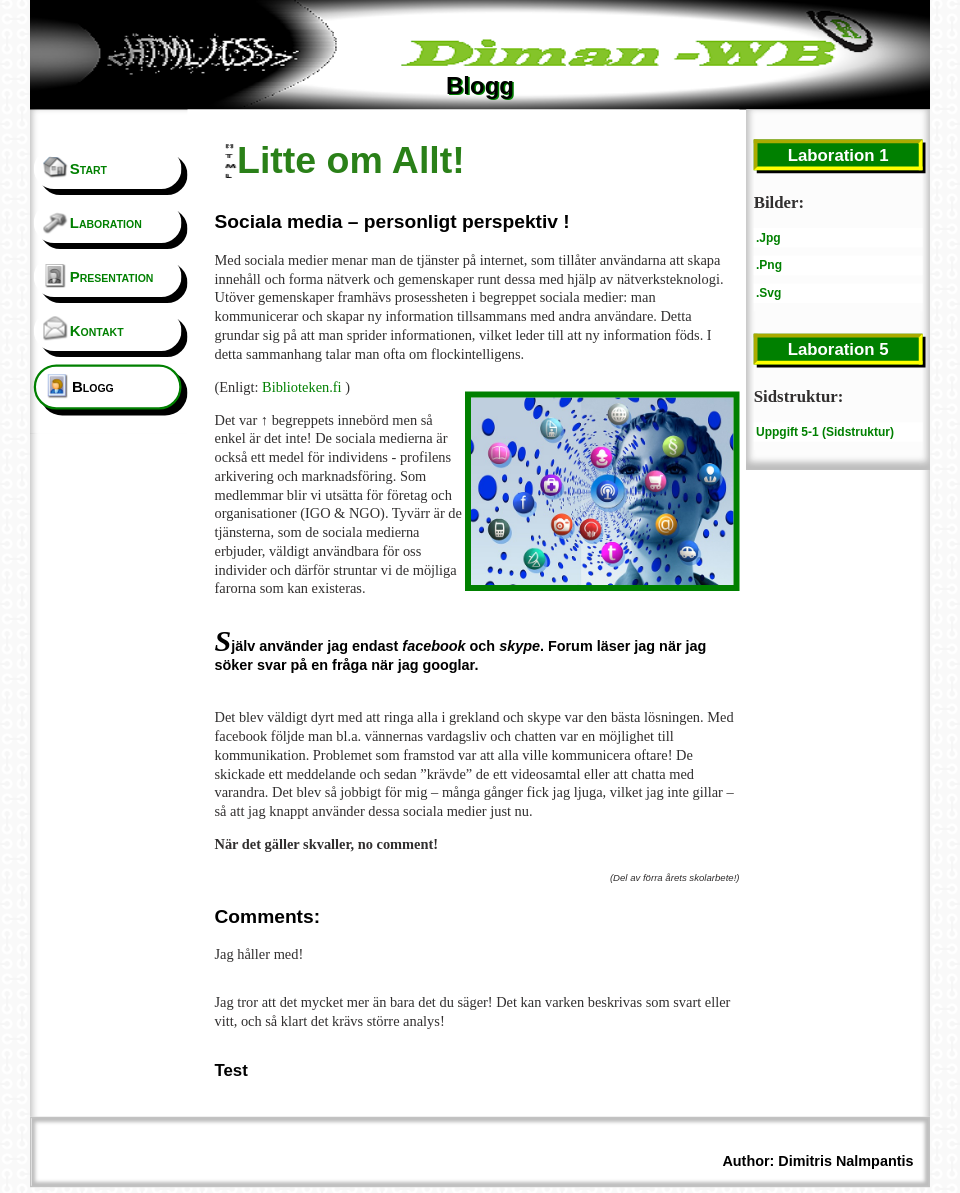
Repository: dn222em/1ik415-laborationer
Page: pages/blogg.html
The author's editor kept a record of every edit. The page is drawn from the files as they stood at one moment, then again after the next edit.
The browser window is 1280 px wide. The pictures show the whole page, at 75% of full size.
Backgrounds fixed to the window are drawn as part of the page.

Above is the page before.

### pages/blogg.html
<!doctype html>
<html lang="sv">
	<head >
			<script>
				document.createElement("header");
				document.createElement("hgroup");
				document.createElement("footer");
				document.createElement("article");
				document.createElement("main");
				document.createElement("section");
				document.createElement("nav");
				document.createElement("aside");
				document.createElement("address");
			</script>
		<meta charset="utf-8" />

			<title>KursBlogg</title>

				<link rel="stylesheet" href="../../CSS/stylenew.css"/>
				<link rel="stylesheet"media="only screen and (min-width:481px)"  href="../../CSS/style.css" />
				<link rel="stylesheet" media="only screen and (max-width:480px)" href="../../CSS/spnew.css" />
				<link rel="apple-touch-icon" sizes="144x144" href="../CSS/pics/apple-touch-icon-144x144.png" />
				<link rel="shortcut icon" href="../CSS/pics/favicon.png" type="image/png" />
					<meta name="viewport" content="width=device-width, initial-scale=1.0" />
	</head>
		<body>
	<div id="container">
		<header>

			<h1 id="title">Blogg</h1>
	</header>
	<nav>

			<ul id="menu_pictures" class="nav">
				<li><a id ="home" href="../index.html" class="active">Start</a></li>
				<li><a id ="labor" href="laborationer.html" class="active">Laboration</a></li>
				<li><a id ="present" href="Presentation.html"class="active">Presentation</a></li>
				<li><a id ="cont" href="Kontakt.html" class="active">Kontakt</a></li>
				<li><a id ="present"href="blogg.html" class="active5">Blogg</a></li>
			</ul>

	</nav>
	<main>
		<article>
			<section>
				<h2 class="minilogo">Litte om Allt!</h2>
		<h3 >Sociala media – personligt perspektiv !</h2>
			<p> Med sociala medier menar man de tjänster på internet, som tillåter användarna
			att skapa innehåll och forma nätverk och gemenskaper runt dessa med hjälp av
			nätverksteknologi. Utöver gemenskaper framhävs prosessheten i begreppet sociala
			medier: man kommunicerar och skapar ny information tillsammans med andra
			användare. Detta grundar sig på att man sprider informationen, vilket leder till
			att ny information föds. I detta sammanhang talar man
			ofta om flockintelligens.</p>

			        <p class="sociall"><!--<img src="CSS/pics/social-networks.jpg"
			        alt="sociala-medier">--></p>


			<p>(Enligt: <a href="http://www.biblioteken.fi/sv-FI/informationssokning/sociala-
			medier/" target="blank">Biblioteken.fi</a></a> )</p>

			<p>Det var ↑ begreppets innebörd men så enkel är det inte! De sociala medierna är
			också ett medel för individens - profilens arkivering och marknadsföring. Som medlemmar
			blir vi utsätta för företag och organisationer (IGO & NGO). Tyvärr är de tjänsterna,
			som de sociala medierna erbjuder, väldigt användbara
			för oss individer och därför struntar vi de möjliga farorna som kan existeras. </p>
			</section>
			<section>
		<h6><strong><code id="special"><em>S</em></code>jälv använder jag endast <em>facebook</em> och  <em>skype</em>.
			Forum läser jag när jag söker svar på en fråga när jag googlar.</strong></h6>

			<p>Det blev väldigt dyrt med att ringa alla i grekland och skype
			var den bästa lösningen. Med facebook följde man bl.a. vännernas vardagsliv
			och chatten var en möjlighet till kommunikation. Problemet som framstod
			var att alla ville kommunicera oftare! De skickade ett meddelande och
			sedan ”krävde” de ett videosamtal eller att chatta med varandra. Det
			blev så jobbigt för mig – många gånger fick jag ljuga, vilket jag inte gillar –
			så att jag knappt använder dessa sociala medier just nu. </p>

			<p><strong>När det gäller skvaller, no comment!</strong></p>

			<p id="ps"><em>(Del av förra årets skolarbete!)</em></p>

			<h3>Comments:</h3>
			<div class ="kommentar">
				<section>
					<p>Jag håller med!</p>
				</section>
				<section>
					<p>Jag tror att det mycket mer än bara det du säger! Det kan varken beskrivas som svart eller vitt, och så klart det krävs större analys!</p>
				</section>
				</div>
			<!--/section>
			<<div class="kommentar">
				<secton>
		<h4>Kommentar</h4>
			<fieldset>
					<textarea  placeholder="Din Kommentar här"
					name="kommentar" cols="50" rows="8"></textarea>
					</fieldset>
					<input class="zozo" type="submit" name="submit" id="submit" value="Skicka" />
				</section>
				<secton>
						<textarea placeholder="Din Kommentar här"
						name="kommentar" cols="50" rows="8"></textarea>
						<input class="zozo" type="submit" name="submit" id="submit" value="Skicka" />
				</section>
			</div> <!---->
		</article>
		<section>
			<h4>Test</h4>
		</section>
	</main>

	<aside>
		<section id="aside-one">
			<h4>Laboration 1</h4>
				<p>Bilder:</p>
					<ul>
						<li><a href="Presentation.html#bild">.jpg</a></li>
						<li><a href="../index.html#logo">.png</a></li>
						<li><a href="../index.html#svg1">.svg</a></li>
					</ul>
		</section>
		<section id="aside-two">
			<h4>Laboration 5</h4>
				<p>Sidstruktur:</p>
					<ul>
						<li><a href="blogg.html">Uppgift 5-1 (Sidstruktur)</a></li>
					</ul>
		</section>
	</aside>
	<footer>
	<h6>Author: Dimitris Nalmpantis</h6>
	</footer>

	</div>
		</body>
</html>

### CSS/style.css
/*Reset-styleshhet
-----------------------------------------------------------------------------*/
/* http://meyerweb.com/eric/tools/css/reset/
   v2.0 | 20110126
   License: none (public domain)
*/

/*html, body, div, span, applet, object, iframe,
h1, h2, h3, h4, h5, h6, p, blockquote, pre,
a, abbr, acronym, address, big, cite, code,
del, dfn, em, img, ins, kbd, q, s, samp,
small, strike, strong, sub, sup, tt, var,
b, u, i, center,
dl, dt, dd, ol, ul, li,
fieldset, form, label, legend,
table, caption, tbody, tfoot, thead, tr, th, td,
article, aside, canvas, details, embed,
figure, figcaption, footer, header, hgroup,
menu, nav, output, ruby, section, summary,
time, mark, audio, video {
	margin: 0;
	padding: 0;
	border: 0;
	font-size: 100%;
	font: inherit;
	vertical-align: baseline;
}
/* HTML5 display-role reset for older browsers */
/*article, aside, details, figcaption, figure,
footer, header, hgroup, menu, nav, section {
	display: block;
}
body {
	line-height: 1;
}
ol, ul {
	list-style: none;
}
blockquote, q {
	quotes: none;
}
blockquote:before, blockquote:after,
q:before, q:after {
	content: '';
	content: none;
}
table {
	border-collapse: collapse;
	border-spacing: 0;
}
/*End of Reset - stylesheet
--------------------------------------------------------------------*/
/*CSS -Stylesheet
======================================================================================================
-----------------------------------------------------------------------------------------------------------*/


/*Layout
 Using: Two columns floating layout
Total width: 1200px
-----------------------------------------------------------------------------------------------------------*/
/*Container white (#FFFFF)
*Top -  green { #125F1B } --> Title( #2A8018)
*Navigation green
*Content - #FFFFF
*footer-white { #fff }
*Siderbar #fcfcfc (white.gray)

------------------------------------------------------------------*/
#container {
	max-width: 1200px;
	background-color:white;
	margin:0 auto;
	margin-top:-25px;



}

/*Top
-------------------------------------------------------------------*/
#top {

	height: 150px;
	background-color: #125F1B;
	background: url('../pics/logo.png') no-repeat; background-size: 1200px 150px;
	border-radius:00px;

}

#title {
	font-family: "arial", "helvetica", "serif";
	color: black;
	font-size:2em;
	text-shadow: 2px 2px green;
	text-align:center;
	padding-top: 90px;
}

/*Navigation -Menu
-------------------------------------------------------------------*/
#navigation {
	margin-top: 1px;
	width: 210px;	height:auto;
	float: left;
	background-color:#FFF;
	padding:0px;
	padding-top:50px;

}

/*Content
-------------------------------------------------------------------*/
#content {
	background-color: #FFF;
	max-width: 700px;
	margin-bottom: 20px;
	float: left;
	padding:0px;
	padding-left:36px;

}

/*Sidebar
-------------------------------------------------------------------*/
#sidebar {
	background-color: #fcfcfc;
	font-family: "arial", "helvetica", "sans-serif"; color: white;
	border: 2px solid #125F1B;
	margin-top: 50px;
	width: 250px;
	float: right;
	padding:0px;


}

/*Footer
--------------------------------------------------------------------*/
#footer {
	clear:both;
	padding:0px;
	background-color:#fff;
	color:white;
	text-align:right;
	height:60px;
}

/*Menu attributes
------------------------------------------------------*/
.menu {
	float:left;
	font-family: "arial", "helvetica", "serif"; font-variant:small-caps;
	font-size: 20px;
	font-weight:bold;
	margin-top:1px;
	margin-left:0px;
	padding:0px;

}

.menu li {

	list-style-type:none;
	height: 72px; line-height: 48px;
	padding-top:0px;
	padding-left:5px;
	padding-right:0px;
	width: 197px;
	text-decoration:none;
}
.menu li a {
	display:block;
						/*border: solid 3px black;*/
						/*text-align:center;*/
						/*	border: inset yellow thick;*/
	border-radius:58px;
    box-shadow:8px 8px black;
	background-color:white; color:green;
	background-image: url(pics/sprite.png);
	text-indent: 45px;
	background-repeat:no-repeat;
	padding:3px 3px 3px 3px;
}

.menu li a:visited{ color:white; background-color:green;}

.menu li a:hover{ background-color:white;color:green; border: solid 3px #DEBF40;}

.menu li a:focus { background-color:black;	color:green;}

/*adding sprites on menu
----------------------------------------*/
#home { background-position: 13px -55px; background-size: 32px;} /*kom ihåg -första gäller x-led och andra y-led (uppe + och nere -) mellanrum mellan bilderna spelar roll*/
#home:hover { background-position:13px 9px;}

#labor { background-position: 13px -180px; background-size: 32px;}
#labor:hover { background-position: 13px -116px;}

#present { background-position: 13px -310px; background-size: 32px}
#present:hover { background-position: 13px -246px;}

#cont { background-position: 13px -440px; background-size: 32px;}
#cont:hover { background-position: 13px -376px;}


a.active1   {background-color:white !important;
			color:black !important;
			border: solid 3px green;
			border-radius:58px;
		    box-shadow:8px 8px black;
			background-position:13px 9px!important;
}
a.active2   {background-color:white !important;
			color:black !important;
			border: solid 3px green;
			border-radius:58px;
		    box-shadow:8px 8px black;
			background-position: 13px -116px!important;
}
a.active3   {background-color:white !important;
			color:black !important;
			border: solid 3px green;
			border-radius:58px;
		    box-shadow:8px 8px black;
			background-position: 13px -246px!important;
}
a.active4   {background-color:white !important;
			color:black !important;
			border: solid 3px green;
			border-radius:58px;
		    box-shadow:8px 8px black;
			background-position: 13px -376px!important;
}




/*a.active1234{
			background-color:white !important;
			color:black !important;
			border: solid 3px green;
			border-radius:58px;
		    box-shadow:8px 8px black;
}

.active1   {background-position:13px 9px!important;}
.active2   {background-position: 13px -116px!important;}
.active1234 .active3   {background-position: 13px -246px!important;}
.active1234 .active4   {background-position: 13px -376px!important;}*/


/*End menu!
------------------------------------------------------------------------------*/

/*Sprites-Menu
------------------------------------------------------------------*/

/*#menu_pictures {
	float:left;
	margin-top:1px;

}

#menu_pictures a {

	display:block;
	background-image: url(pics/sprite.png);
	background-repeat:no-repeat;
	text-indent: -99999px;
	padding-bottom: 1px;

}

#menu_pictures li  {

	list-style-type:none;
	padding:0px;
	margin:0px;
	width:24px;
	height:24px;
	margin-bottom:10px;
}*/

/*#home { background-position: 15px -66px; background-size: 36px;} /*kom ihåg -första gäller x-led och andra y-led (uppe + och nere -) mellanrum mellan bilderna spelar roll*/
/*#home:hover { background-position:15px 6px;}

#labor { background-position: 15px -208px; background-size: 36px;}
#labor:hover { background-position: 15px -136px;}

#present { background-position: 15px -350px; background-size: 36px}
#present:hover { background-position: 15px -278px;}

#cont { background-position: 15px -496px; background-size: 36px}
#cont:hover { background-position: 15px -424px;}*/

/*-48px -0, -144 -96px,  -240px -192px, -332px -284,*/

/*End sprite-menu
---------------------------------------------------------------------*/


/*Typografi
---------------------------------------------------------------------------------------------------------*/
/*Links
-------------------------------*/
a:link {color:green; text-decoration:none;}
a:visited {color:#CB29D5;} /*lila*/
a:hover{color:red;}
a:focus {color:blue;}
a:active{color:#29D17;} /*light-green*/

/*Headers
------------------------------*/
													/*body {font-family :"times", "georgia", "serif", "Lucida Sans Unicode", "Lucida Grande";
														line-height: 25px; color: #312F2F; font-size: 1.1em; width:674px;} ---->onödigt.Problem*/

h1, h2, h3, h4, h5, h6 {font-family: "arial", "tahoma", "helvetica", "san serif", "verdana";
font-weight:bold; color: #2A8018; line-height: 1.8em;  font-size: 1.8em;} /*tema-green*/

h2 {line-height: 28px;  font-size: 28px;}
h3 {line-height: 26px;  color:  black; font-size: 1.6em;}
h4 {line-height: 25px;  color:  black; font-size: 1.4em;}
h5 {line-height: 25px;  color:  black; font-size: 1.3em; text-transform:uppercase;}
h6 {line-height: 25px;  color:  black; font-size: 1.2em; font-weight:none;}

/*Body
-----------------------------*/
p {font-family : "Times New Roman", "times", "georgia", "serif", "Lucida Sans Unicode", "Lucida Grande";
			line-height: 25px; color: #312F2F; font-size: 1.2em; 	} /*grey-black*/

#content ol, ul{font-family: "arial", "tahoma", "helvetica", "san serif", "verdana";
			line-height: 25px; color: #4829D1; font-size: 1em;}

#content li, dl, dt, dd  {font-family :"times", "georgia", "serif", "Lucida Sans Unicode", "Lucida Grande";
			line-height: 25px; color: #312F2F; font-size: 1em; font-weight:bold;}



/*Media
------------------------------*/
img { max-width:700px;}

video {max-width:700px;}


/*Form -  Contakt.
--------------------------------*/
.contakt_form {max-width:705px;
		padding-top:40px;
		line-height:2em;
		font-size: 1.3em;

}

.contakt_form label { text-align:right;}

.contakt_form input {background-color: #FFF0F0; font-size: 0.7em; margin-bottom:20px;}

.contakt_form option {width:80px; }

.contakt_form textarea {background-color: #FFF0F0; font-size: 0.9em; float:right; resize:vertical; }

.zozo {background-color: rgb(240, 240, 240);
	height: 40px; line-height: 40px;
	text-align:center;
	margin-top:10px;
	border-radius:10%;
	font-size:0.8em;
	box-shadow:8px 8px black;

}

/*========================================================
H-card */

.vcard {
	background-color:#FFF0F0;

}
.adr{
	background-color:#FFF0F0;
}
/*Speciall typografi- classes
-----------------------------*/
#special {font-family:"sans-serif"; font-size: 40px; font-weight:bold;}

#ps {text-align:right; font-family:"arial", "tahoma", "helvetica", "san serif", "verdana";
			font-size: 0.8em; }


/*Speciall media - classes
-----------------------------*/
.sociall {width: 350px; height: 250px;
		  background-image: url("pics/social-networks.jpg");
		  background-repeat:no-repeat;
		  background-size: 350px; float: right;
		  border:solid 8px green;
}

#bild  {width: auto; height: auto;
		float: right;
		border:solid 8px green;
		margin-right:20px;
		max-width:100%;
		max-height:auto;
}

.minilogo { background-image:url("pics/minilogob.jpg"); /*minilogo på första titeln*/
			background-repeat: no-repeat;/* repeat, repeat-x, repeat-y */
			background-position: top left; /* right, bottom, center ... */
			background-size: 40px 50px;
			text-indent: 30px;
			font-size: 50px;
			line-height:53px;
}

.ram {border-style:double; background-color: rgb(194, 187, 187);
			margin:20px; border-width:8px; padding:20px; }

	.ram h3 {border-bottom:  3px solid black; padding:5px;}

		.right{width: 250px; height: 250px;
			 	float: right;
					border:solid 2px olive;}



/*Speciall tabeller- classes
------------------------------*/

.tables {border:3px solid green; font-size:1.3em; line-height:50px; text-align:center;}

.tables, td {border:solid 2px black ; width: 600px; height:auto;}


.single{border:3px solid green;background-color: /*rgb(150, 224, 150)*/ green;color:white;}

.doubbel{ border:solid 3px green; background-color:/*rgb(240, 240, 240)*/ white;
	color: green;}




/* Print properties. sv- Skrivare
------------------------------------------------------------------------------------------------------*/

@media print{

    /*Layout
    ------------------------*/

#top {display:none;}

#navigation {display:none;}

#sidebar {display:none;}

#footer {display:none;}

#content {border:0; border-style:none; background-color:white;}

#content a:after {
    content: "("attr(href)")";} /*visar hela länken vid utskrift*/

.me {font-family: "arial", "tahoma", "helvetica", "san serif", "verdana";
        font-weight:bold; color: #2A8018; line-height: 1.5em;  font-size: 1.3em;
            float:right;}


/*End Layout
-----------------------------------------------*/


    /*Media
    -----------------------*/
video {display:none;}
img {border:0;}

/*End Media
----------------------------------------------*/



    /*Typografi
    -----------------------*/

h1, h2, h3, h4, h5, h6 {font-family: "arial", "tahoma", "helvetica", "san serif", "verdana";
        font-weight:bold; color: #2A8018; line-height: 1.5em;  font-size: 1.3em;}

p {font-family : "Times New Roman", "times", "georgia", "serif", "Lucida Sans Unicode", "Lucida Grande";
			line-height: 1.5em; color: #312F2F; font-size: 1.1em;} /*grey-black*/

#content ol, ul{font-family: "arial", "tahoma", "helvetica", "san serif", "verdana";
			line-height: 25px; color: #4829D1; font-size: 1em;}

#content li, dl, dt  {font-family :"times", "georgia", "serif", "Lucida Sans Unicode", "Lucida Grande";
			line-height: 1.5em; color: #312F2F; font-size: 1em;}

/*End Typografi
--------------------------------------------*/



	/*Speciall media - classes
    --------------------------*/
.sociall {border:none;}

#bild  {border:none;}

.ram {border-style:none; background-color: none;  }

.ram h3 {border:none;}

.right{ border:none;}

/*End speciall
---------------------------------------------*/


}    /*End Print
====================================================================================================*/




body {
	background: url(pics/connect.png) center center fixed;
	/*float:top left;
	-webkit-background-size: cover;
	-moz-background-size: contain;
	-o-background-size: cover;
	background-size: 100% 100%;
	filter: progid:DXImageTransform.Microsoft.AlphaImageLoader(src='.myBackground.jpg', sizingMethod='scale');
	-ms-filter: "progid:DXImageTransform.Microsoft.AlphaImageLoader(src='myBackground.jpg', sizingMethod='scale')";*/

	/*-moz-background-transform: scale(2);*/

}

Loaded but not shown: CSS/stylenew.css (602 lines, source omitted); CSS/spnew.css (no copy from this time; the picture is the same without it)

After the next edit:
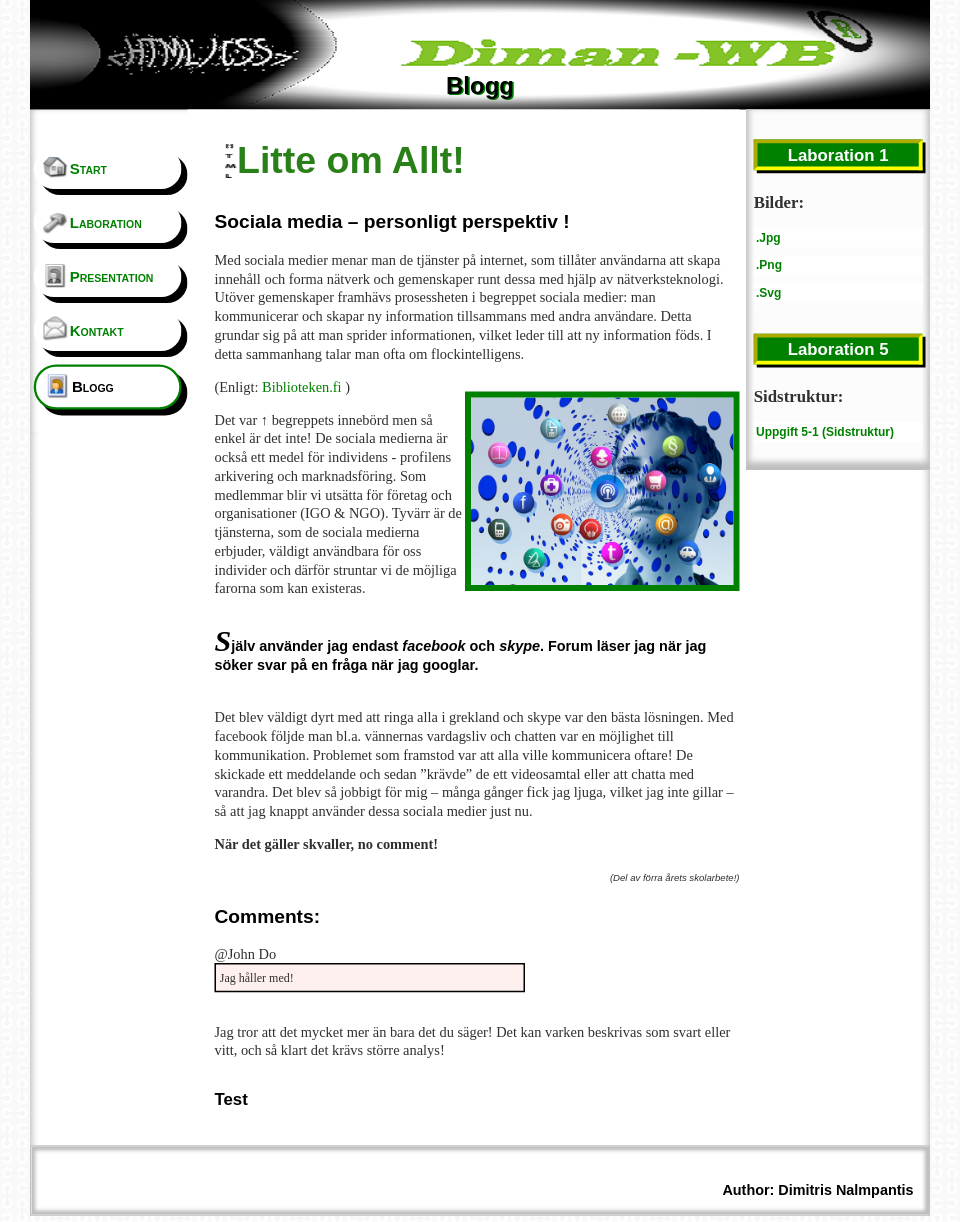
The edit:
--- a/pages/blogg.html
+++ b/pages/blogg.html
@@ -85,7 +85,8 @@
 			<h3>Comments:</h3>
 			<div class ="kommentar">
 				<section>
-					<p>Jag håller med!</p>
+					<p>@John Do</p>
+					<p class="kom">Jag håller med!</p>
 				</section>
 				<section>
 					<p>Jag tror att det mycket mer än bara det du säger! Det kan varken beskrivas som svart eller vitt, och så klart det krävs större analys!</p>
